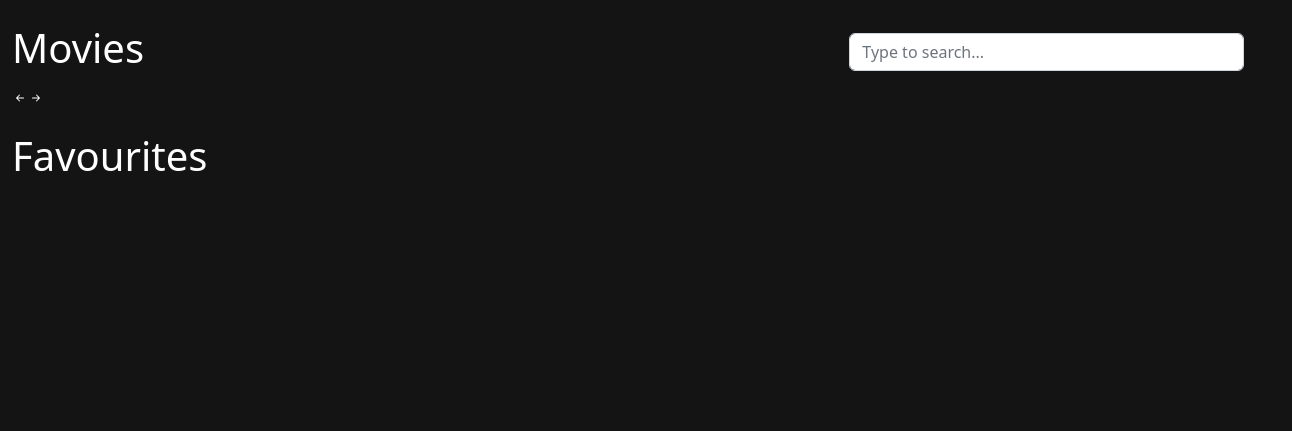
Repository: DeraBola/movie-app
Page: /
An editor plug-in stored every save of this project. The page is shown before and after the next save, followed by the edit.
The browser window is 1280 px wide. The page is 1280 px wide, then 1292 px, so the pictures cover 1292 px, including what lies to the right of the window. The pictures show the whole page.
The page's requests for data from a server got no answer. The project was rebuilt for these pictures with package versions that can differ from the ones it lists, and the page was loaded fresh each time. No one was signed in, and anything a server would have sent is missing. Also part of the build but not shown: src/components/AddFavourites.js, src/components/RemoveFavourites.js.

Above is the page before, as saved 2022-09-02 11:32:51.

After the next save:
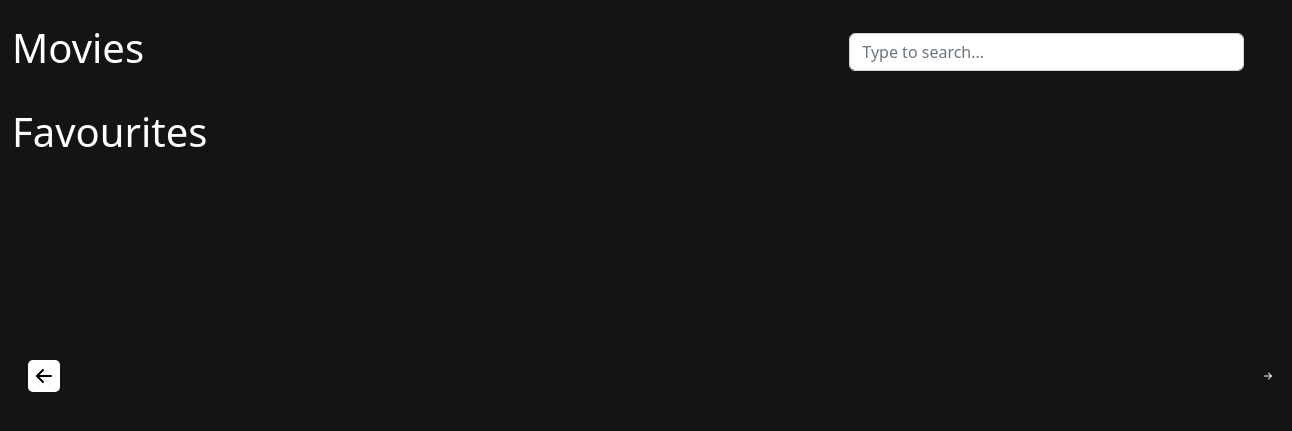
Saved 14 s later.
--- a/src/App.css
+++ b/src/App.css
@@ -84,7 +84,7 @@
      text-align: center;
  }
 
- .app__poster -images_arrow {
+ .poster-images_arrow {
      width: 100%;
      display: flex;
      justify-content: space-between;
@@ -94,7 +94,7 @@
      position: absolute;
  }
 
- .poster __arrow-icon {
+ .poster__arrow-icon {
      color: #000;
      font-size: 2rem;
      cursor: pointer;
